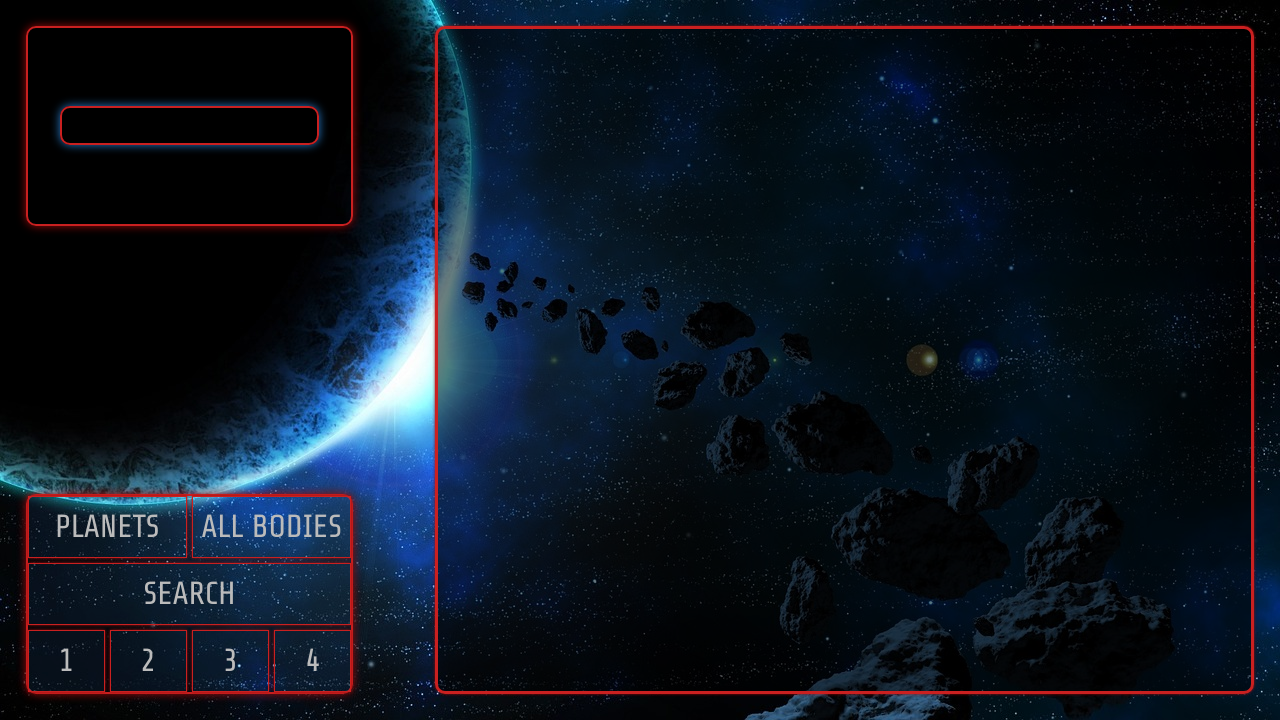
Repository: Przemek-Szadkowski/space-bodies
Page: /
The author's editor kept a copy of each file at every save. The page is drawn from the files as they stood at one save, then again after the next save.
The browser window is 1280 px wide. The pictures show the whole page.
The first visible `.search input` has the focus.
The page's requests for data from a server got no answer. The project was rebuilt for these pictures with package versions that can differ from the ones it lists, and the page was loaded fresh each time. No one was signed in, and anything a server would have sent is missing. Also part of the build but not shown: src/components/BodieRecord.js.

Above is the page before, as saved 2021-11-27 14:55:16.

After the next save:
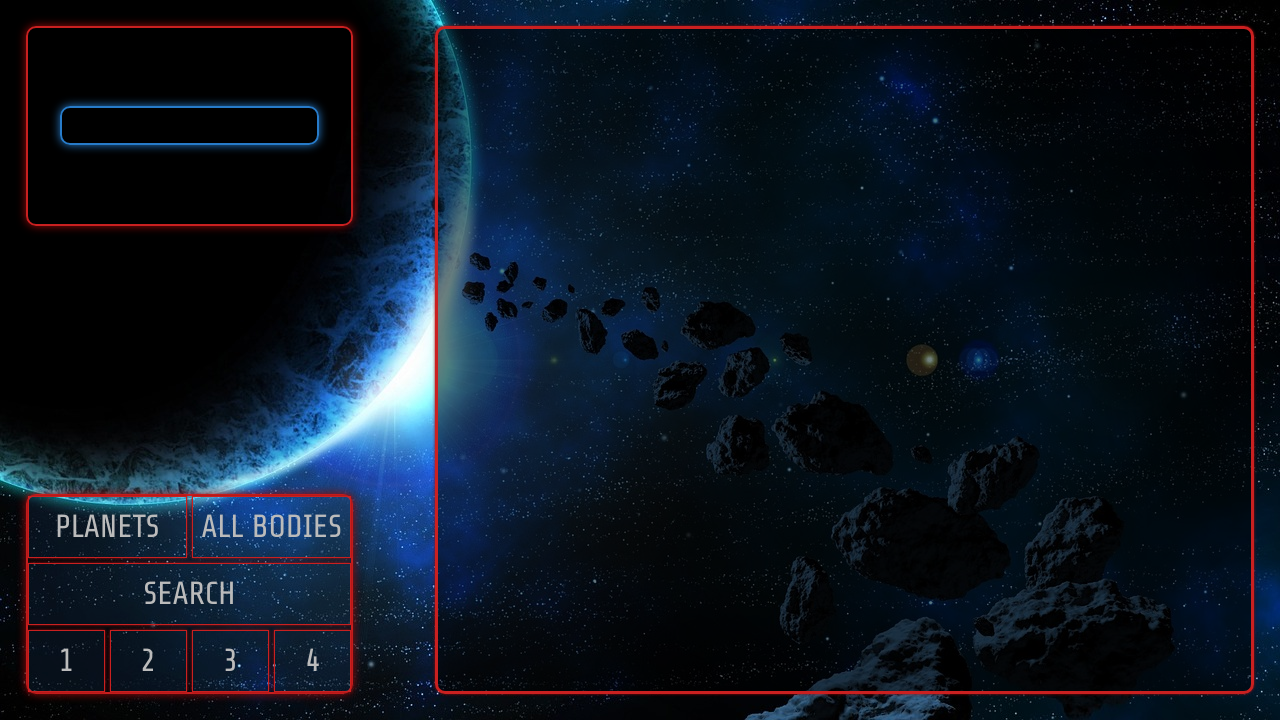
Saved 11 s later.
--- a/src/index.css
+++ b/src/index.css
@@ -173,6 +173,6 @@ main {
 
 .search input:focus {
   outline: none;
-  /* border: 3px solid rgb(39, 123, 201); */
+  border: 2px solid rgb(39, 123, 201);
   box-shadow: 0 0 10px rgb(39, 123, 201);
 }
